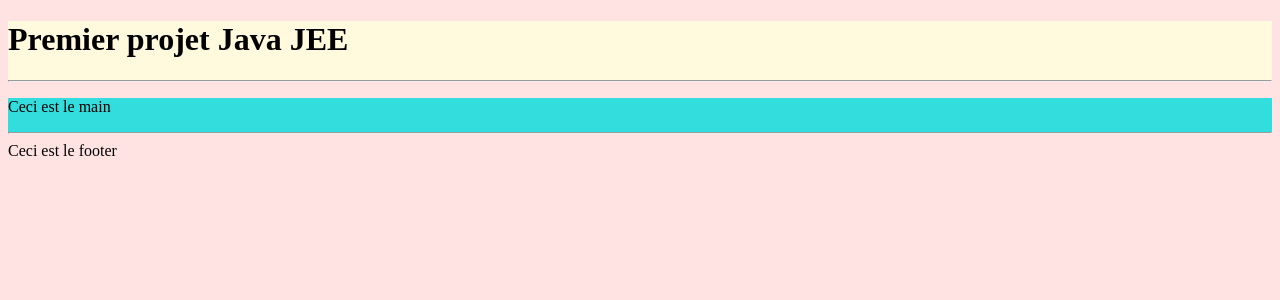
Repository: lemzoo/Formation_JEE
Page: FirstProject/WebContent/monPremierFichier.html
An editor plug-in stored every save of this project. The page is shown before and after the next save, followed by the edit.
The browser window is 1280 px wide. The pictures show the whole page.

Above is the page before, as saved 2016-06-17 09:12:05.

After the next save:
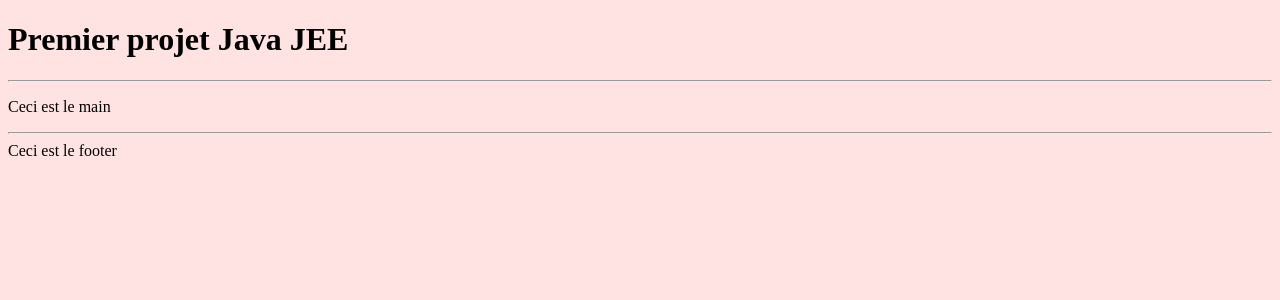
Saved 37 s later.
--- a/FirstProject/WebContent/monPremierFichier.html
+++ b/FirstProject/WebContent/monPremierFichier.html
@@ -10,17 +10,17 @@
 </style>
 </head>
 <body>
-<header style="background-color : rgba(255,255,220,0.8);">
+<header>
 	<h1>Premier projet Java JEE</h1>
 	<hr>
 </header>
 
-<main style="background-color : rgba(0,220,220,0.8);">
+<main>
 	<p>Ceci est le main</p>
 	<hr>
 </main>
 <footer >
 	Ceci est le footer
-</footer style="background-color : rgba(0,255,20,0.8);">
+</footer>
 </body>
 </html>
